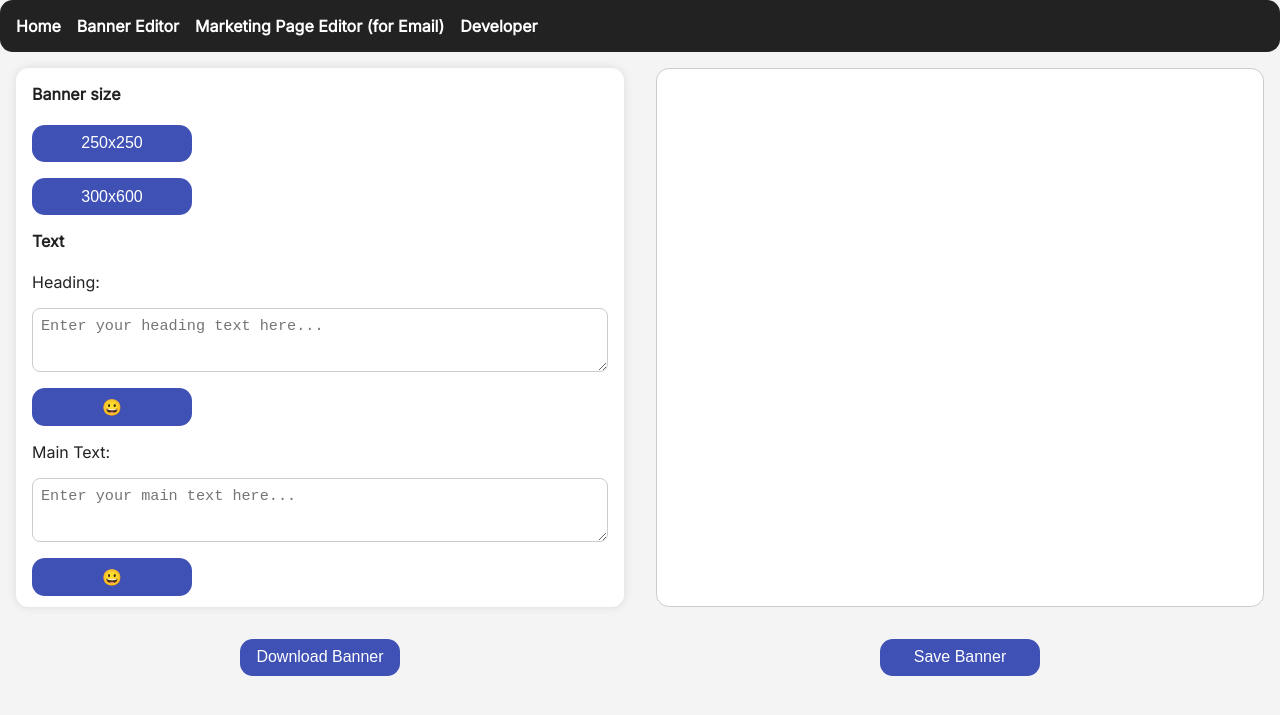
Repository: Yuravolontir/--Baner-Editor--
Page: email.html
An editor plug-in stored every save of this project. The page is shown before and after the next save, followed by the edit.
The browser window is 1280 px wide. The pictures show the whole page.
An inner scrolling area shows only its first screen.

Above is the page before, as saved 2025-07-17 17:18:34.

### email.html
<!DOCTYPE html>
<html lang="en">
<head>
    <meta charset="UTF-8">
    <meta name="viewport" content="width=device-width, initial-scale=1.0">
    <title>Document</title>
    <link rel="stylesheet" href="/styles/banner.css">
    <script type="module" src="/scripts/email.js"></script>
    <!--Google Fonts-->
 <link href="https://fonts.googleapis.com/css2?family=Be+Vietnam+Pro&family=DM+Sans&family=Figtree&family=Inter&family=Manrope&family=Outfit&family=Rubik&family=Space+Grotesk&family=Sora&family=Urbanist&display=swap" rel="stylesheet">
<link rel="preconnect" href="https://fonts.googleapis.com">
<link rel="preconnect" href="https://fonts.gstatic.com" crossorigin>
<link href="https://fonts.googleapis.com/css2?family=Bangers&family=Lobster+Two:ital,wght@0,400;0,700;1,400;1,700&family=Orbitron:wght@400..900&family=Silkscreen:wght@400;700&display=swap" rel="stylesheet">

</head>
<body>
    <nav>
    <ul>
    <li><a href="/dashboard.html">Home</a></li>
    <li><a href="/banner.html">Banner Editor</a></li>
    <li><a href="/email.html">Marketing Page Editor (for Email)</a></li>
    <li><a href="/thanks-to-developer.html">Developer</a></li>
    </ul>
</nav>


<div id="banner-builder-container">
<div id="controls-section">
<h3>Banner size</h3>
<button id="250X250">250x250</button>
<button id="300X600">300x600</button>
<h3>Text</h3>

<label for="bannerHeading">Heading:</label>
<textarea id="bannerHeading" placeholder="Enter your heading text here..."></textarea>
<button id="emojiHeading">😀</button>

<label for="bannerText">Main Text:</label>
<textarea id="bannerText" placeholder="Enter your main text here..."></textarea>
<button id="emojiText">😀</button>

<h3>Background Color</h3>
<input type="color" id="BackgroundColor">

<h3>Heading Color</h3>
<input type="color" id="HeadingColor">

<h3>Text Color</h3>
<input type="color" id="TextColor">

<h3>Choose heading font</h3>
<select id="head-font">
  <option value="Courier New">Courier New</option>
  <option value="Inter">Inter</option>
  <option value="Poppins">Poppins</option>
  <option value="Space Grotesk">Space Grotesk</option>
  <option value="Outfit">Outfit</option>
  <option value="Manrope">Manrope</option>
  <option value="Sora">Sora</option>
  <option value="Figtree">Figtree</option>
  <option value="Rubik">Rubik</option>
  <option value="Urbanist">Urbanist</option>
  <option value="DM Sans">DM Sans</option>
  <option value="Silkscreen, sans-serif">Silkscreen Static</option>
  <option value="Orbitron, sans-serif">Orbitron</option>
  <option value="Lobster Two, sans-serif">Lobster Two</option>
  <option value="Bangers, system-ui">Bangers</option>
</select>

<h3>Choose text font</h3>
<select id="text-font">
  <option value="Courier New">Courier New</option>
  <option value="Inter">Inter</option>
  <option value="Poppins">Poppins</option>
  <option value="Space Grotesk">Space Grotesk</option>
  <option value="Outfit">Outfit</option>
  <option value="Manrope">Manrope</option>
  <option value="Sora">Sora</option>
  <option value="Figtree">Figtree</option>
  <option value="Rubik">Rubik</option>
  <option value="Urbanist">Urbanist</option>
  <option value="DM Sans">DM Sans</option>
  <option value="Silkscreen, sans-serif">Silkscreen Static</option>
  <option value="Orbitron, sans-serif">Orbitron</option>
  <option value="Lobster Two, sans-serif">Lobster Two</option>
  <option value="Bangers, system-ui">Bangers</option>
</select>

<h3>Banner Heading Font-size</h3>
<input type="number" id="headingFontSize" placeholder="Enter font size in px" value="24">
<h3>Banner Text Font-size</h3>
<input type="number" id="textFontSize" placeholder="Enter font size in px" value="16">

<h3>Try our gradient</h3>
<select id="designStyle">
  <option value="default">Empty</option>
  <option value="gradient1">Minimal Clean</option>
  <option value="gradient2">Bold & Colorful</option>
  <option value="gradient3">Retro Pixel</option>
</select>


</div>
<div id="preview">

</div>
<button id="downloadBanner">Download Banner</button>
<button id="saveBanner">Save Banner</button>

</div>









</body>
</html>

### styles/banner.css
/* styles.css */

:root {
  --font-main: 'Inter', sans-serif;
  --color-bg: #f4f4f4;
  --color-dark: #222;
  --color-accent: #3f51b5;
  --control-bg: #fff;
  --border-radius: 0.8rem;
  --spacing: 1rem;
}

* {
  margin: 0;
  padding: 0;
  box-sizing: border-box;
}

html, body {
  font-family: var(--font-main);
  background-color: var(--color-bg);
  color: var(--color-dark);
  height: 100%;
  overflow: hidden;
}

body {
  display: flex;
  flex-direction: column;
  padding: 0;
}

nav ul {
  list-style: none;
  display: flex;
  gap: 1rem;
  background-color: var(--color-dark);
  padding: 1rem;
  border-radius: var(--border-radius);
  overflow-x: auto;
}

nav a {
  color: white;
  text-decoration: none;
  font-weight: bold;
  white-space: nowrap;
}

#banner-builder-container {
  display: grid;
  grid-template-columns: 1fr 1fr;
  gap: 2rem;
  padding: 1rem;
  height: calc(100vh - 80px);
  overflow: hidden;
}

#controls-section {
  display: flex;
  flex-direction: column;
  gap: 1rem;
  background-color: var(--control-bg);
  padding: 1rem;
  border-radius: var(--border-radius);
  box-shadow: 0 0 10px rgba(0, 0, 0, 0.1);
  overflow-y: auto;
  max-height: 100%;
}

#controls-section h3 {
  margin-bottom: 0.3rem;
  font-size: 1rem;
}

#controls-section input[type="color"],
#controls-section input[type="number"],
#controls-section select,
#controls-section textarea {
  width: 100%;
  padding: 0.5rem;
  font-size: 0.95rem;
  border: 1px solid #ccc;
  border-radius: 0.5rem;
}

#controls-section input[type="color"]
{
  width: 30%;
  height: auto;
  padding: 0.3rem;
  font-size: 0.95rem;
  border: 1px solid #ccc;
  border-radius: 0.5rem;
  min-height: 3rem;

}

#controls-section textarea {
  min-height: 4rem;
  resize: vertical;
}

button {
  background-color: var(--color-accent);
  color: white;
  border: none;
  padding: 0.6rem 1rem;
  font-size: 1rem;
  border-radius: var(--border-radius);
  cursor: pointer;
  transition: background-color 0.2s ease;
  width: 10rem;

}
#downloadBanner, #saveBanner {
  margin-left: auto;
  margin-right: auto;
}

button:hover {
  background-color: #2c3e91;
}

#preview {
  background-color: white;
  border: 1px solid #ccc;
  min-height: 40vh;
  display: flex;
  justify-content: center;
  align-items: center;
  padding: 1rem;
  border-radius: var(--border-radius);
  overflow: auto;
  height: 100%;
}

@media (max-width: 768px) {
  #banner-builder-container {
    grid-template-columns: 1fr;
    grid-template-rows: auto 1fr;
    height: auto;
  }

  #controls-section {
    max-height: none;
    height: auto;
  }

  #preview {
    height: 50vh;
    margin-top: 1rem;
  }
}

Loaded but not shown: scripts/email.js (no stored copy; drawn as an empty file)

After the next save:
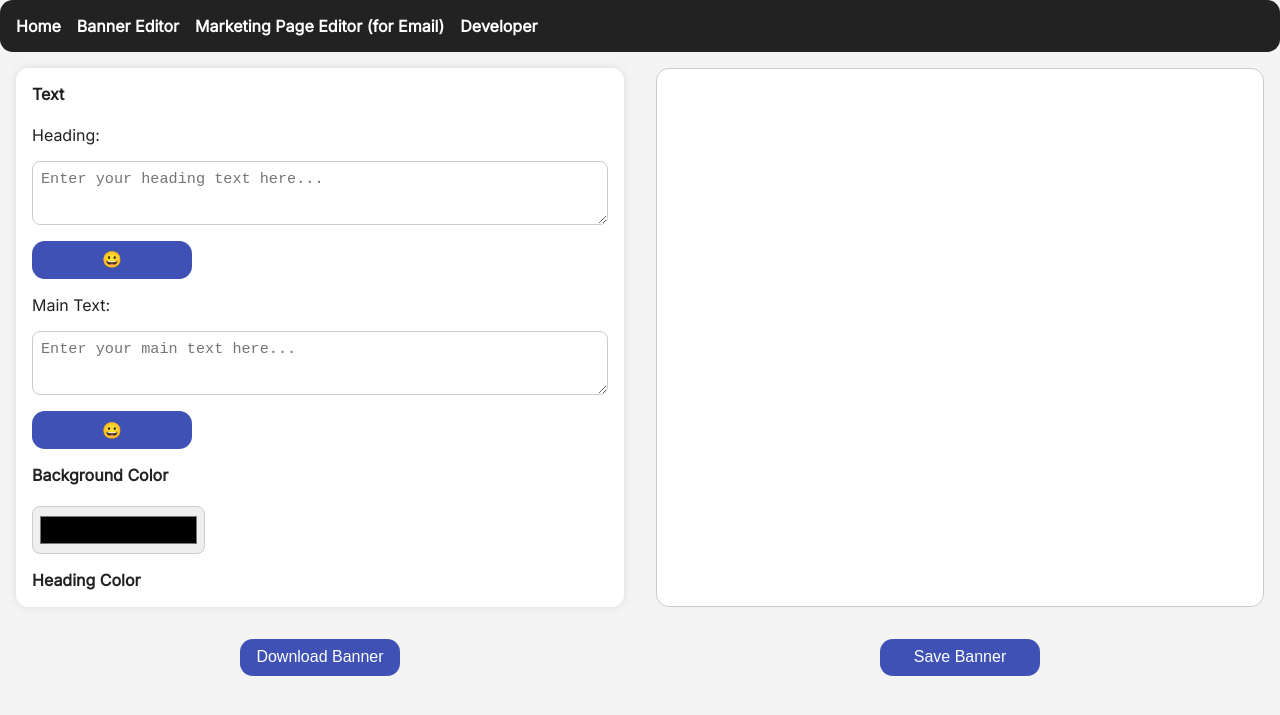
Saved 110 s later.
--- a/email.html
+++ b/email.html
@@ -26,9 +26,7 @@
 
 <div id="banner-builder-container">
 <div id="controls-section">
-<h3>Banner size</h3>
-<button id="250X250">250x250</button>
-<button id="300X600">300x600</button>
+
 <h3>Text</h3>
 
 <label for="bannerHeading">Heading:</label>
